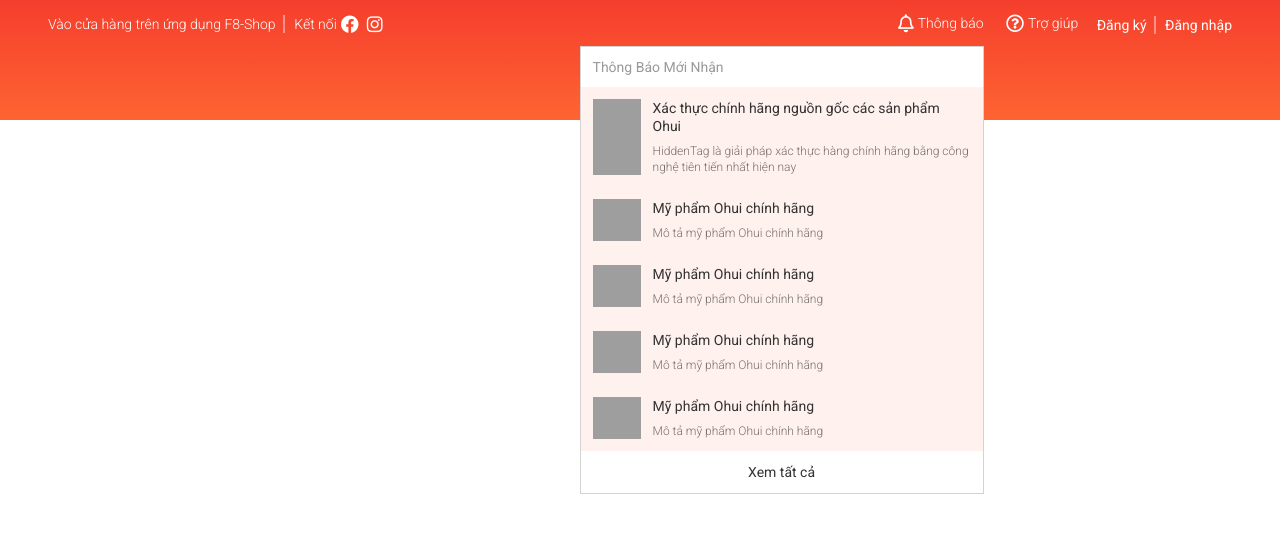
Repository: vanntrong/F8-Shop
Page: index.html
An editor plug-in stored every save of this project. The page is shown before and after the next save, followed by the edit.
The browser window is 1280 px wide. The pictures show the whole page.
Pictures or frames that could not be fetched are drawn as grey boxes.

Above is the page before, as saved 2021-09-01 18:46:56.

### index.html
<!DOCTYPE html>
<html lang="en">
  <head>
    <meta charset="UTF-8" />
    <meta http-equiv="X-UA-Compatible" content="IE=edge" />
    <meta name="viewport" content="width=device-width, initial-scale=1.0" />
    <title>Document</title>
    <link rel="stylesheet" href="./assets/css/reset.css" />
    <link rel="stylesheet" href="./assets/css/base.css" />
    <link rel="stylesheet" href="./assets/css/main.css" />
    <link href="https://fonts.googleapis.com/css2?family=Roboto:wght@300;400;500;700&display=swap" rel="stylesheet" />
    <link
      rel="stylesheet"
      href="./assets/fonts/fontawesome-free-5.15.4-web/fontawesome-free-5.15.4-web/css/all.min.css"
    />
  </head>
  <body>
    <div class="app">
      <header class="header">
        <div class="grid">
          <nav class="header__navbar">
            <ul class="header__navbar-list">
              <li class="header__navbar-item header__navbar-item--has-qr header__navbar-item--separate">
                Vào cửa hàng trên ứng dụng F8-Shop
                <div class="header__qr">
                  <img src="./assets/img/QR_code.png" alt="QR code" class="header__qr-img" />
                  <div class="header__qr-apps">
                    <a href="" class="header__qr-link">
                      <img src="./assets/img/google_play.png" alt="GooglePlay" class="header__qr-download-img" />
                    </a>
                    <a href="" class="header__qr-link">
                      <img src="./assets/img/app_store.png" alt="AppStore" class="header__qr-download-img" />
                    </a>
                  </div>
                </div>
              </li>
              <li class="header__navbar-item">
                <span class="header__navbar-item--no-pointer"> Kết nối </span>
                <a href="#" class="header__navbar-icon-link">
                  <i class="header__navbar-icon fab fa-facebook"></i>
                </a>
                <a href="#" class="header__navbar-icon-link">
                  <i class="header__navbar-icon fab fab fa-instagram"></i>
                </a>
              </li>
            </ul>

            <ul class="header__navbar-list">
              <li class="header__navbar-item">
                <a href="#" class="header__navbar-item-link">
                  <i class="header__navbar-icon far fa-bell"></i>
                  Thông báo
                </a>
                <div class="header__notify">
                  <header class="header__notify-header">
                    <h3>Thông Báo Mới Nhận</h3>
                  </header>
                  <ul class="header__notify-list">
                    <li class="header__notify-item header__notify-item--viewed">
                      <a href="#" class="header__notify-link">
                        <img
                          src="https://cf.shopee.vn/file/70488a103a5ecdbf5889822acd19ef14"
                          alt=""
                          class="header__notify-img"
                        />
                        <div class="header__notify-info">
                          <span class="header__notify-name"> Xác thực chính hãng nguồn gốc các sản phẩm Ohui </span>
                          <span class="header__notify-desc">
                            HiddenTag là giải pháp xác thực hàng chính hãng bằng công nghệ tiên tiến nhất hiện nay
                          </span>
                        </div>
                      </a>
                    </li>
                    <li class="header__notify-item header__notify-item--viewed">
                      <a href="#" class="header__notify-link">
                        <img
                          src="https://cf.shopee.vn/file/70488a103a5ecdbf5889822acd19ef14"
                          alt=""
                          class="header__notify-img"
                        />
                        <div class="header__notify-info">
                          <span class="header__notify-name"> Mỹ phẩm Ohui chính hãng </span>
                          <span class="header__notify-desc"> Mô tả mỹ phẩm Ohui chính hãng </span>
                        </div>
                      </a>
                    </li>
                    <li class="header__notify-item header__notify-item--viewed">
                      <a href="#" class="header__notify-link">
                        <img
                          src="https://cf.shopee.vn/file/70488a103a5ecdbf5889822acd19ef14"
                          alt=""
                          class="header__notify-img"
                        />
                        <div class="header__notify-info">
                          <span class="header__notify-name"> Mỹ phẩm Ohui chính hãng </span>
                          <span class="header__notify-desc"> Mô tả mỹ phẩm Ohui chính hãng </span>
                        </div>
                      </a>
                    </li>
                    <li class="header__notify-item header__notify-item--viewed">
                      <a href="#" class="header__notify-link">
                        <img
                          src="https://cf.shopee.vn/file/70488a103a5ecdbf5889822acd19ef14"
                          alt=""
                          class="header__notify-img"
                        />
                        <div class="header__notify-info">
                          <span class="header__notify-name"> Mỹ phẩm Ohui chính hãng </span>
                          <span class="header__notify-desc"> Mô tả mỹ phẩm Ohui chính hãng </span>
                        </div>
                      </a>
                    </li>
                    <li class="header__notify-item header__notify-item--viewed">
                      <a href="#" class="header__notify-link">
                        <img
                          src="https://cf.shopee.vn/file/70488a103a5ecdbf5889822acd19ef14"
                          alt=""
                          class="header__notify-img"
                        />
                        <div class="header__notify-info">
                          <span class="header__notify-name"> Mỹ phẩm Ohui chính hãng </span>
                          <span class="header__notify-desc"> Mô tả mỹ phẩm Ohui chính hãng </span>
                        </div>
                      </a>
                    </li>
                  </ul>
                  <footer class="header__notify-footer">
                    <a href="" class="header__notify-footer-btn">Xem tất cả</a>
                  </footer>
                </div>
              </li>
              <li class="header__navbar-item">
                <a href="#" class="header__navbar-item-link">
                  <i class="header__navbar-icon far fa-question-circle"></i>
                  Trợ giúp
                </a>
              </li>
              <li class="header__navbar-item header__navbar-item--strong header__navbar-item--separate">Đăng ký</li>
              <li class="header__navbar-item header__navbar-item--strong">Đăng nhập</li>
            </ul>
          </nav>
        </div>
      </header>

      <div class="container"></div>

      <footer class="footer"></footer>
    </div>
  </body>
</html>

### assets/css/base.css
:root {
  --white-color: #fff;
  --black-color: #000;
  --text-color: #333;
  --primary-color: #ee4d2d;
}

* {
  box-sizing: inherit;
}

html {
  font-size: 62.5%;
  line-height: 1.6rem;
  font-family: "Roboto", sans-serif;
  box-sizing: border-box;
}

.grid {
  width: 1200px;
  max-width: 100%;
  margin: 0 auto;
}

.grid__full-width {
  width: 100%;
}

.grid__row {
  display: flex;
  flex-wrap: wrap;
}

/* animation */
@keyframes faceIn {
  from {
    opacity: 0;
  }
  to {
    opacity: 1;
  }
}

### assets/css/main.css
.header {
  height: 12rem;
  background-image: linear-gradient(0, #fe6432, #f53e2d);
}

.header__navbar {
  display: flex;
  align-items: center;
  justify-content: space-between;
}

.header__navbar-list {
  list-style: none;
}

.header__navbar-item {
  min-height: 2.6rem;
  margin: 1rem 0.8rem 0;
  position: relative;
}

.header__navbar-item,
.header__navbar-item-link {
  display: inline-block;
  font-size: 1.4rem;
  color: var(--white-color);
  text-decoration: none;
  font-weight: 300;
}

.header__navbar-item,
.header__navbar-item-link,
.header__navbar-icon-link {
  display: inline-flex;
  align-items: center;
}

.header__navbar-item:hover,
.header__navbar-icon-link:hover,
.header__navbar-item-link:hover {
  cursor: pointer;
  color: rgba(255, 255, 255, 0.7);
}

.header__navbar-item--strong {
  font-weight: 400;
}

.header__navbar-item--separate::after {
  content: "";
  display: block;
  position: absolute;
  border: 1px solid #fb9086;
  height: 1.6rem;
  right: -0.9rem;
  top: 50%;
  transform: translateY(-50%);
}

.header__navbar-icon-link {
  color: var(--white-color);
  text-decoration: none;
}

.header__navbar-icon {
  font-size: 1.8rem;
  margin: 0 0.4rem;
}

.header__navbar-item--no-pointer {
  cursor: text;
  color: var(--white-color);
}

/* header QR code */
.header__qr {
  width: 18.6rem;
  background-color: var(--white-color);
  position: absolute;
  left: 0;
  top: 140%;
  border-radius: 2px;
  display: none;
  animation: faceIn ease-in 0.25s;
}

.header__qr::before {
  position: absolute;
  left: 0;
  top: -1.6rem;
  width: 100%;
  height: 2rem;
  content: "";
  display: block;
}

.header__navbar-item--has-qr:hover .header__qr {
  display: block;
}
.header__qr-img {
  width: 100%;
}
.header__qr-apps {
  display: flex;
  justify-content: space-between;
  flex-wrap: wrap;
  margin: 0 1rem;
}
.header__qr-download-img {
  height: 1.6rem;
}

/* header notification */
.header__notify {
  position: absolute;
  top: 140%;
  right: 0;
  width: 40.4rem;
  border: 1px solid #d3d3d3;
  background-color: var(--white-color);
}
.header__notify-header {
  height: 4rem;
  background-color: var(--white-color);
}
.header__notify-header h3 {
  color: #999;
  margin: 0 0 0 12px;
  font-weight: 400;
  font-size: 1.4rem;
  line-height: 40px;
}
.header__notify-list {
  padding-left: 0;
}
.header__notify-item {
}

.header__notify-item--viewed {
  background-color: rgba(238, 77, 45, 0.08);
}
.header__notify-item:hover {
  background-color: #f7f7f7;
}
.header__notify-link {
  width: 100%;
  display: flex;
  padding: 12px;
  text-decoration: none;
}
.header__notify-img {
  width: 48px;
}
.header__notify-info {
  margin-left: 12px;
}
.header__notify-name {
  display: block;
  font-size: 1.4rem;
  color: var(--text-color);
  font-weight: 400;
  line-height: 1.8rem;
}
.header__notify-desc {
  margin-top: 8px;
  display: block;
  font-size: 1.2rem;
  line-height: 1.6rem;
  color: #756f6e;
}

.header__notify-footer {
  text-align: center;
  padding: 14px 0;
}

.header__notify-footer-btn {
  display: block;
  width: 100%;
  font-weight: 400;
  color: var(--text-color);
  text-decoration: none;
}

Loaded but not shown: assets/css/reset.css (common file); assets/fonts/fontawesome-free-5.15.4-web/fontawesome-free-5.15.4-web/css/all.min.css (library)

After the next save:
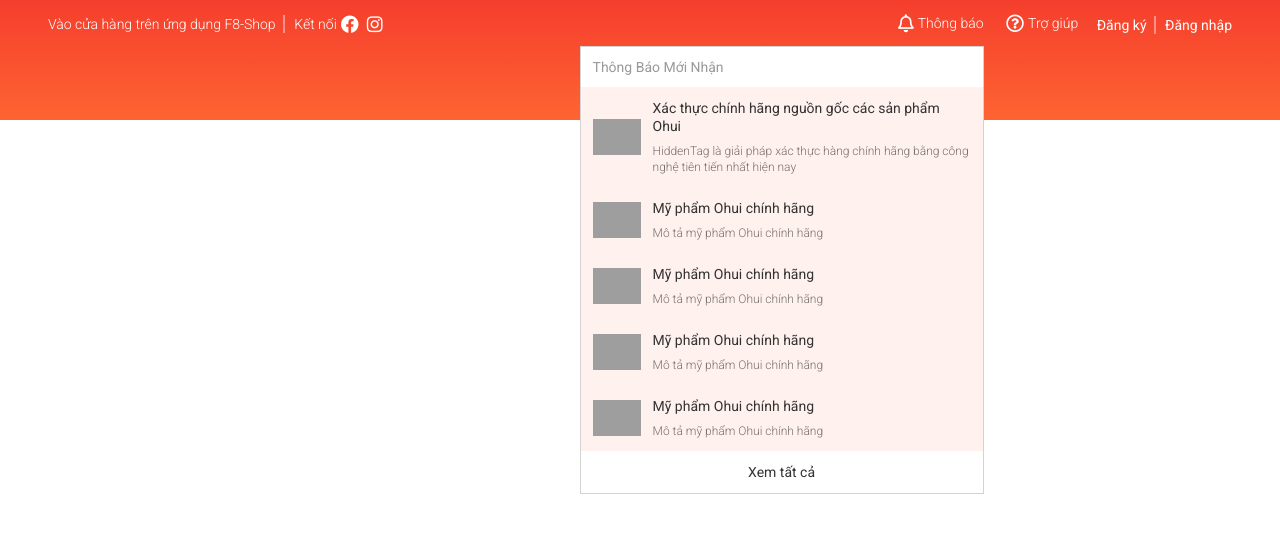
Saved 86 s later.
--- a/assets/css/main.css
+++ b/assets/css/main.css
@@ -150,6 +150,7 @@
 }
 .header__notify-img {
   width: 48px;
+  object-fit: contain;
 }
 .header__notify-info {
   margin-left: 12px;
